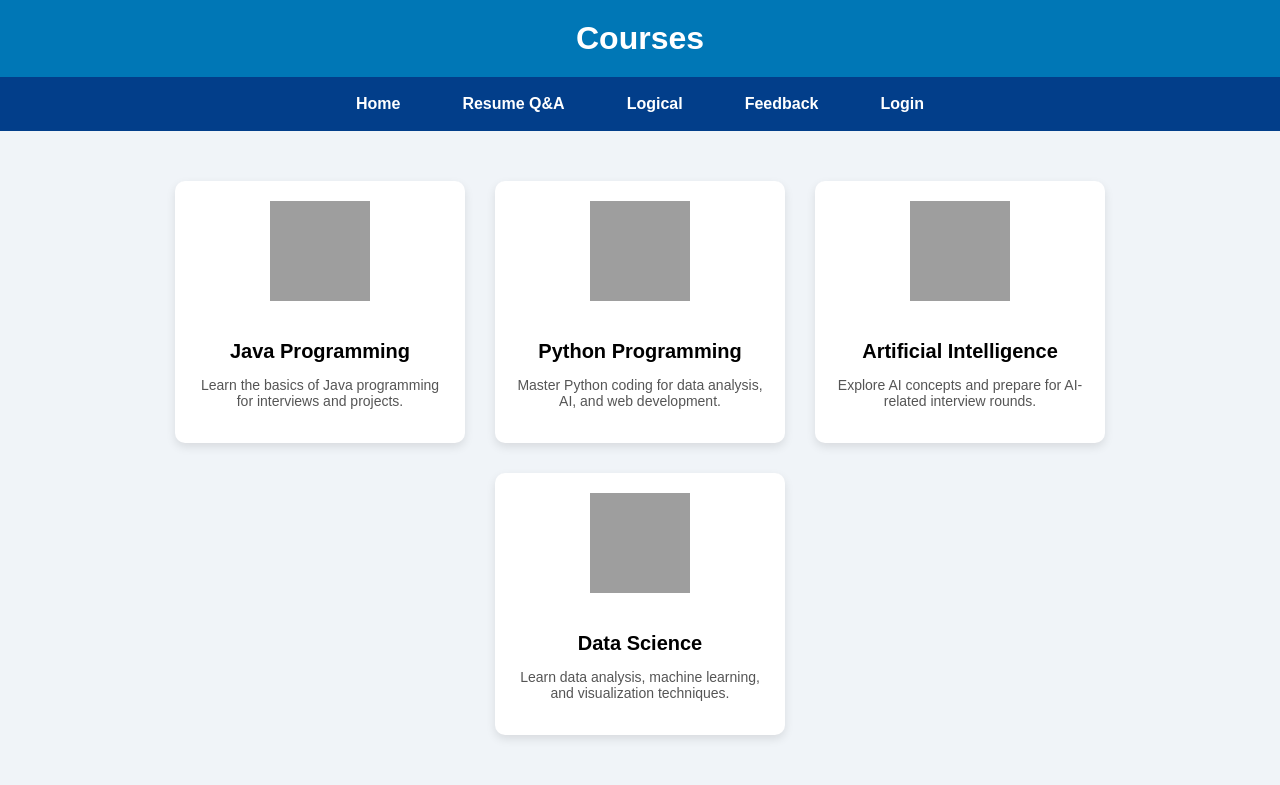
Repository: Mathin04/Online-Interview-Platform-
Page: urls/courses.html
These files come from the project's save history. The page is drawn as it stood at one moment and after the next save; the edit follows.
The browser window is 1280 px wide. The pictures show the whole page.
Pictures or frames that could not be fetched are drawn as grey boxes.

Above is the page before, as saved 2025-10-08 13:35:11.

After the next save:
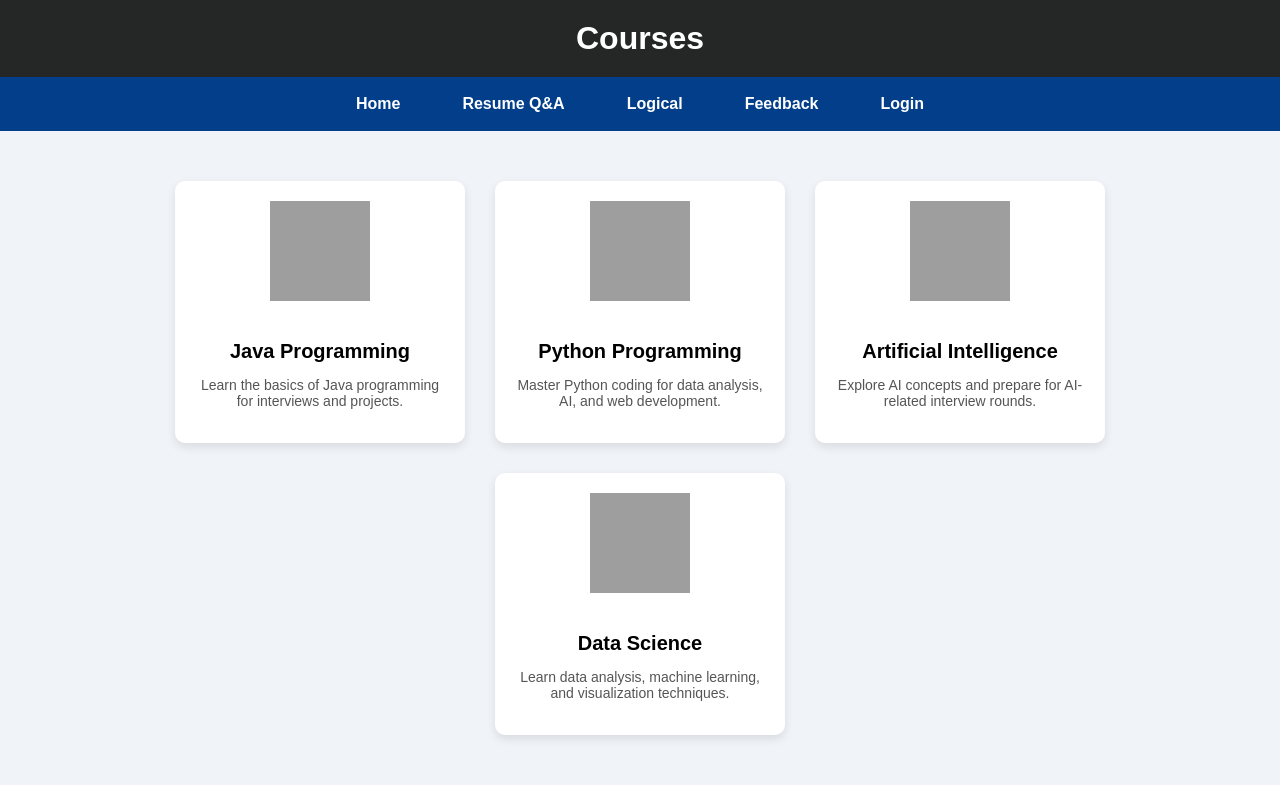
Saved 100 s later.
--- a/urls/courses.html
+++ b/urls/courses.html
@@ -13,7 +13,7 @@
 
     header {
       padding: 20px;
-      background: #0077b6;
+      background: #252626;
       color: white;
       text-align: center;
     }
